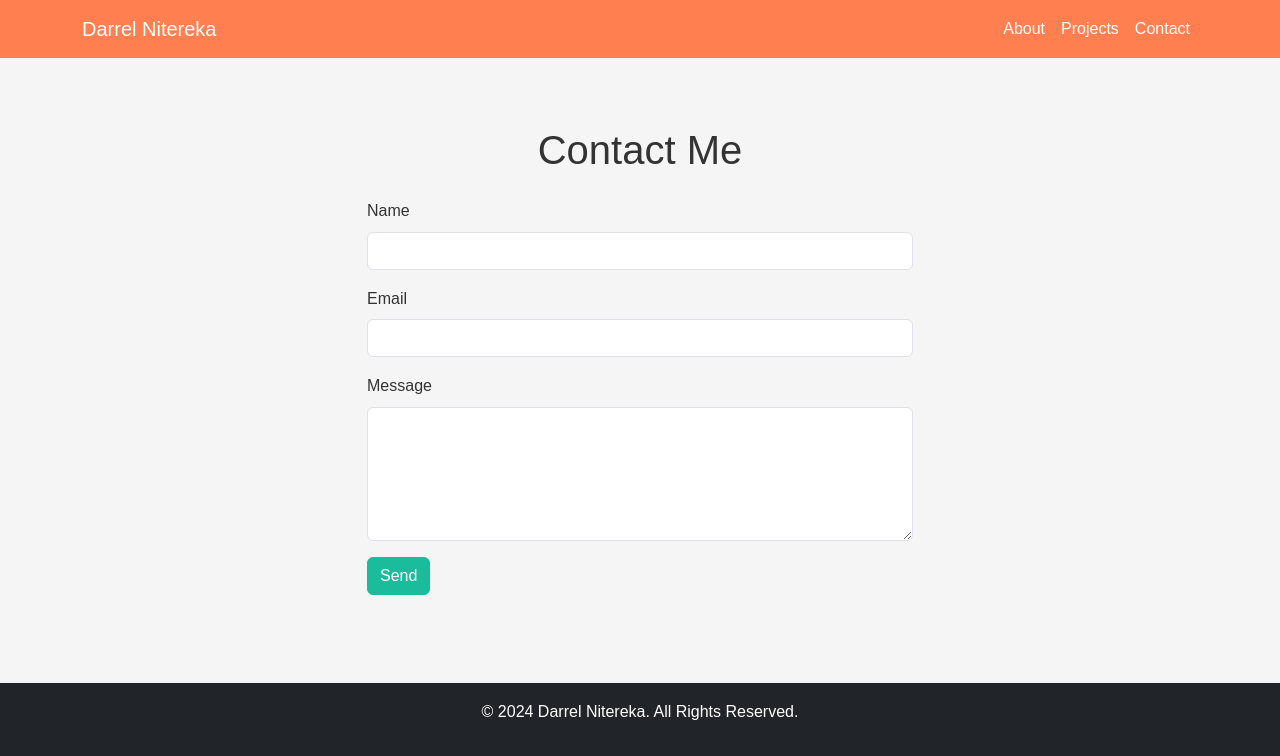
Repository: DarrelN15/DarrelN15.github.io
Page: contact.html
The author's editor kept a copy of each file at every save. The page is drawn from the files as they stood at one save, then again after the next save.
The browser window is 1280 px wide. The pictures show the whole page.

Above is the page before, as saved 2025-01-28 17:25:47.

### contact.html
<!DOCTYPE html>
<html lang="en">
<head>
  <meta charset="UTF-8">
  <meta name="viewport" content="width=device-width, initial-scale=1.0">
  <title>Contact - Darrel Nitereka</title>
  <link href="https://cdn.jsdelivr.net/npm/bootstrap@5.3.0/dist/css/bootstrap.min.css" rel="stylesheet">
  <link rel="stylesheet" href="css/styles.css">
</head>
<body>
  <nav class="navbar navbar-expand-lg navbar-dark bg-dark">
    <div class="container">
      <a class="navbar-brand" href="index.html">Darrel Nitereka</a>
      <button class="navbar-toggler" type="button" data-bs-toggle="collapse" data-bs-target="#navbarNav">
        <span class="navbar-toggler-icon"></span>
      </button>
      <div class="collapse navbar-collapse" id="navbarNav">
        <ul class="navbar-nav ms-auto">
          <li class="nav-item"><a class="nav-link" href="about.html">About</a></li>
          <li class="nav-item"><a class="nav-link" href="projects.html">Projects</a></li>
          <li class="nav-item"><a class="nav-link" href="contact.html">Contact</a></li>
        </ul>
      </div>
    </div>
  </nav>

  <section class="py-5">
    <div class="container">
      <h1 class="text-center">Contact Me</h1>
      <div class="row mt-4">
        <div class="col-md-6 mx-auto">
          <form>
            <div class="mb-3">
              <label for="name" class="form-label">Name</label>
              <input type="text" class="form-control" id="name" required>
            </div>
            <div class="mb-3">
              <label for="email" class="form-label">Email</label>
              <input type="email" class="form-control" id="email" required>
            </div>
            <div class="mb-3">
              <label for="message" class="form-label">Message</label>
              <textarea class="form-control" id="message" rows="5" required></textarea>
            </div>
            <button type="submit" class="btn btn-primary">Send</button>
          </form>
        </div>
      </div>
    </div>
  </section>

  <footer class="bg-dark text-white text-center py-3">
    <div class="container">
      <p>&copy; 2024 Darrel Nitereka. All Rights Reserved.</p>
    </div>
  </footer>

  <script src="https://cdn.jsdelivr.net/npm/bootstrap@5.3.0/dist/js/bootstrap.bundle.min.js"></script>
</body>
</html>

### css/styles.css
/* Warm and Inviting Color Scheme with Gold Accent */
body {
  background-color: #F5F5F5;
  color: #333333;
  font-family: Arial, sans-serif;
  line-height: 1.6;
}

h1, h2, h3 {
  color: #333333;
}

.navbar {
  background-color: #FF7F50 !important; /* Coral */
  margin-bottom: 20px;
}

.navbar-dark .navbar-nav .nav-link {
  color: #FFFFFF !important; /* White text for navbar links */
}

header {
  background: #FF7F50; /* Coral */
  color: #FFFFFF; /* White text */
  padding: 60px 0;
}

.btn-primary {
  background-color: #1ABC9C !important; /* Teal */
  border-color: #1ABC9C !important;
  color: #FFFFFF !important; /* White text */
}

.btn-primary:hover {
  background-color: #16A085; /* Slightly darker teal */
  border-color: #16A085;
}

.card {
  background-color: #FFFFFF;
  color: #333333;
  margin-bottom: 20px;
  border: 1px solid #DDDDDD;
  border-radius: 8px;
  box-shadow: 0 4px 6px rgba(0, 0, 0, 0.1);
}

footer {
  background: #FF7F50; /* Coral */
  color: #FFFFFF; /* White text */
  padding: 20px 0;
  margin-top: 40px;
}

After the next save:
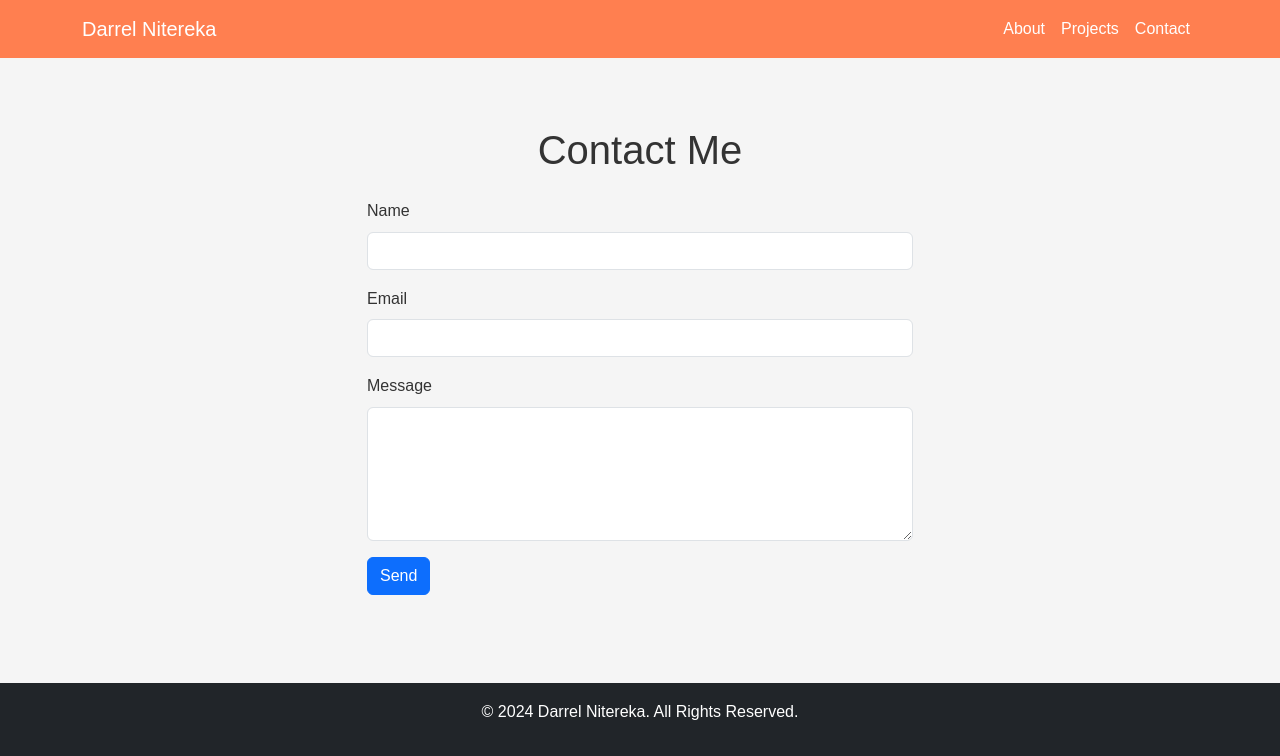
Saved 4 s later.
--- a/css/styles.css
+++ b/css/styles.css
@@ -25,11 +25,7 @@ header {
   padding: 60px 0;
 }
 
-.btn-primary {
-  background-color: #1ABC9C !important; /* Teal */
-  border-color: #1ABC9C !important;
-  color: #FFFFFF !important; /* White text */
-}
+
 
 .btn-primary:hover {
   background-color: #16A085; /* Slightly darker teal */
